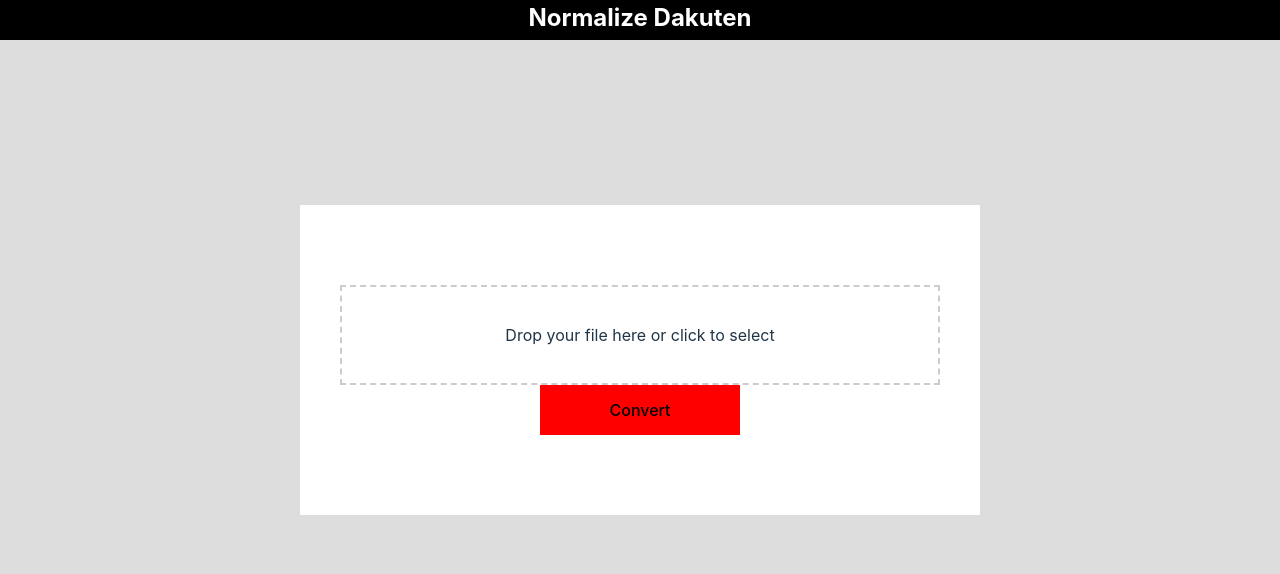
Repository: CatHandsService/normalize_dakuten
Page: / (app in front/)
These files come from the project's save history. The page is drawn as it stood at one moment and after the next save; the edit follows.
The browser window is 1280 px wide. The pictures show the whole page.
The project was rebuilt for these pictures with package versions that can differ from the ones it lists, and the page was loaded fresh each time. Also part of the build but not shown: front/vite.config.ts.

Above is the page before, as saved 2024-01-27 16:54:10.

After the next save:
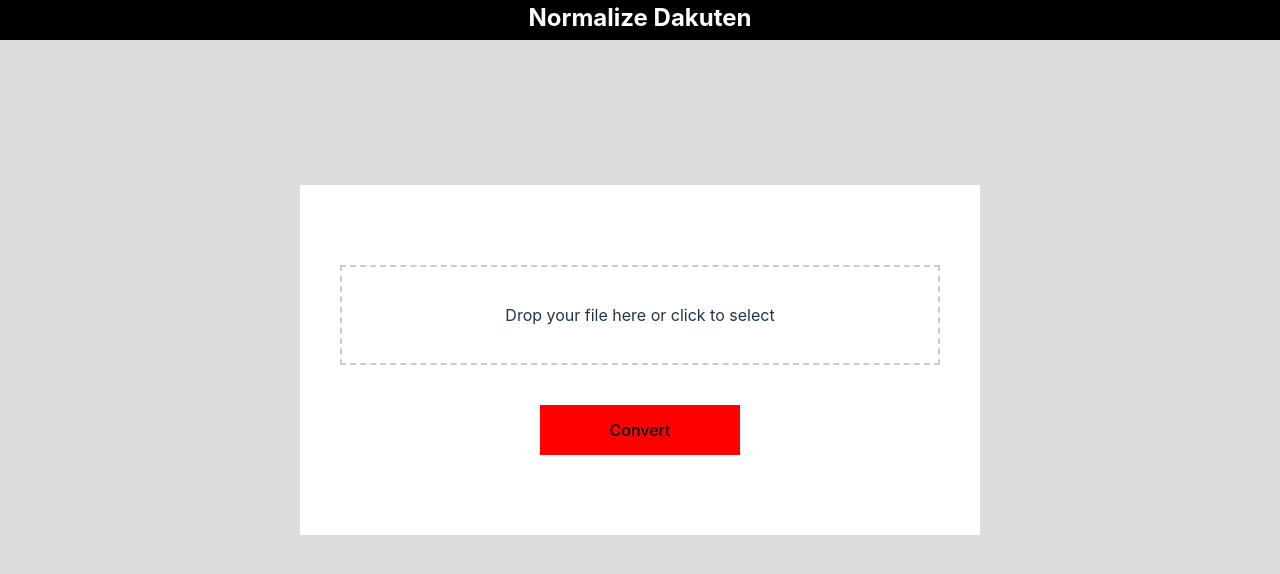
Saved 29 s later.
--- a/front/src/App.css
+++ b/front/src/App.css
@@ -39,6 +39,7 @@ body {
 .convert {
   width: 200px;
   height: 50px;
+  margin-top: 40px;
   background-color: #f00;
   border-radius: 0;
 }
